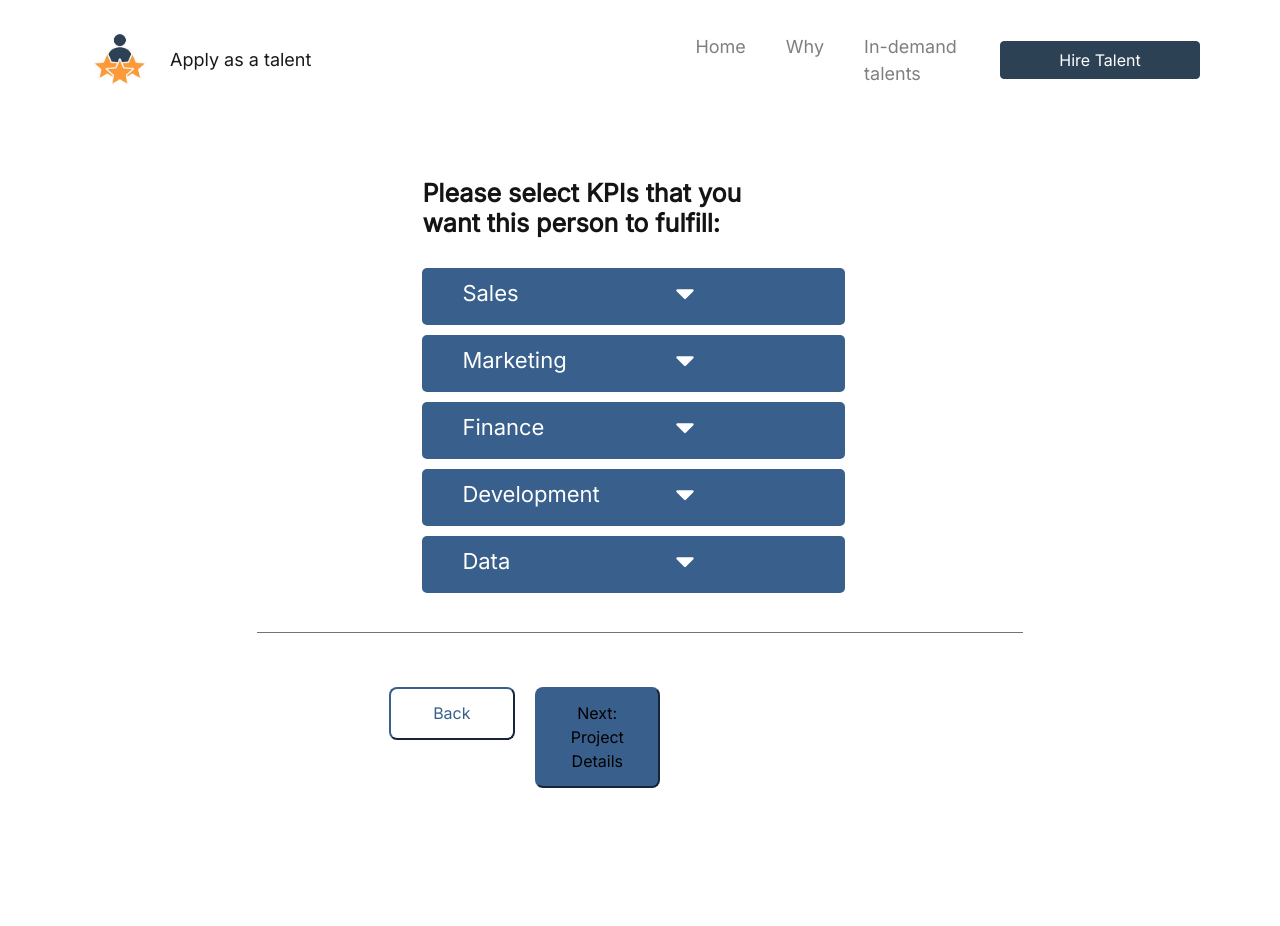
Repository: Ashwe9/talent-hire-reactJs
Page: /kpis
An editor plug-in stored every save of this project. The page is shown before and after the next save, followed by the edit.
The browser window is 1280 px wide. The pictures show the whole page.
The project was rebuilt for these pictures with package versions that can differ from the ones it lists, and the page was loaded fresh each time. A package was used in the major version that the imports need, not the one package.json lists. Also part of the build but not shown: src/homePage/components/TrustedBy/TrustedBy.css, src/homePage/components/TrustedBy/TrustedBy.js, src/homePage/components/Roles/Roles.css, src/homePage/components/Roles/Roles.js, src/homePage/components/homePageFooter/HomePageFooter.css, src/homePage/components/homePageFooter/HomePageFooter.js, src/homePage/HomePage.js, src/kpisPage/Talents.css and 2 more.

Above is the page before, as saved 2022-08-18 18:07:27.

After the next save:
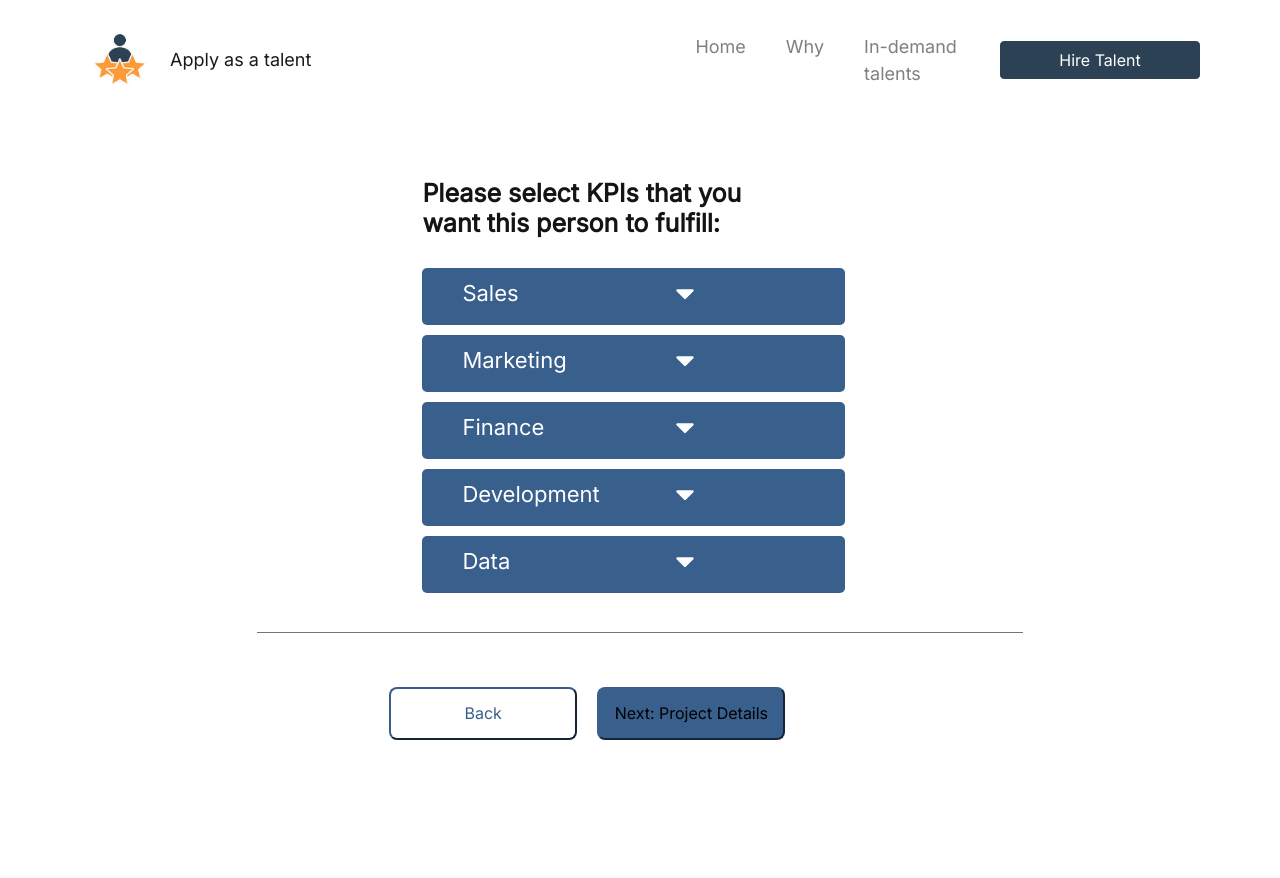
Saved 9 s later.
--- a/src/shared-components/Footer/Footer.css
+++ b/src/shared-components/Footer/Footer.css
@@ -21,7 +21,7 @@
     border-color: #395f8c;
     color: #395f8c;
     height: 10%;
-    width: 10%;
+    width: 15%;
     border-radius: 0.5rem;
     margin-left: 30%;
     margin-bottom: 10%;
@@ -35,7 +35,7 @@
     padding: 1% 1%;
     border-color: #395f8c;
     height: 10%;
-    width: 10%;
+    width: 15%;
     border-radius: 0.5rem;
     margin-bottom: 10%;
     margin-left: 20px;
